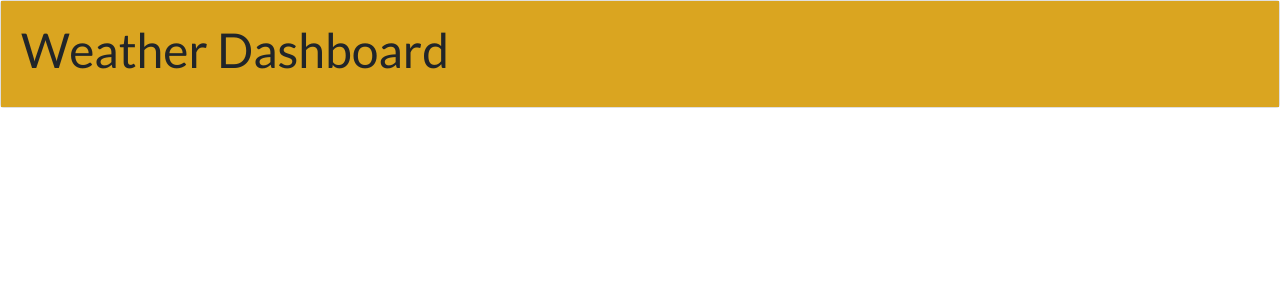
Repository: himaja830/Weather-Dashboard
Page: index.html
The author's editor kept a copy of each file at every save. The page is drawn from the files as they stood at one save, then again after the next save.
The browser window is 1280 px wide. The pictures show the whole page.
Some web libraries are served in a nearby version.

Above is the page before, as saved 2020-06-26 12:34:24.

After the next save:
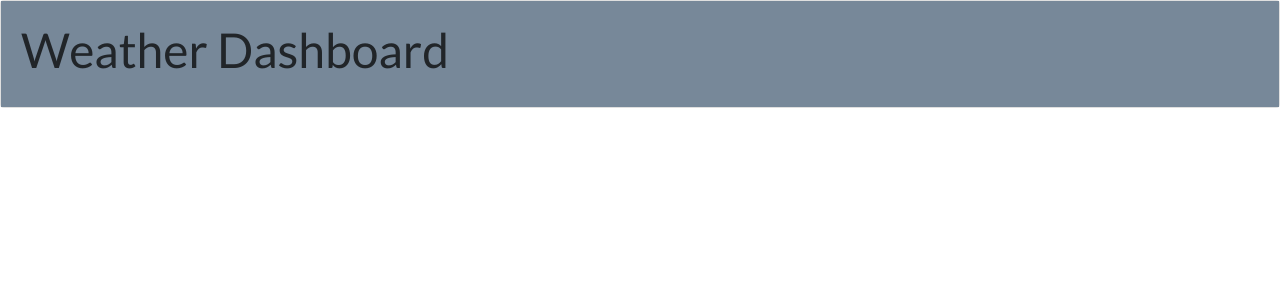
Saved 31 s later.
--- a/assets/style.css
+++ b/assets/style.css
@@ -1,3 +1,3 @@
 .card-body {
-    background-color: goldenrod;
+    background-color: lightslategray;
 }
